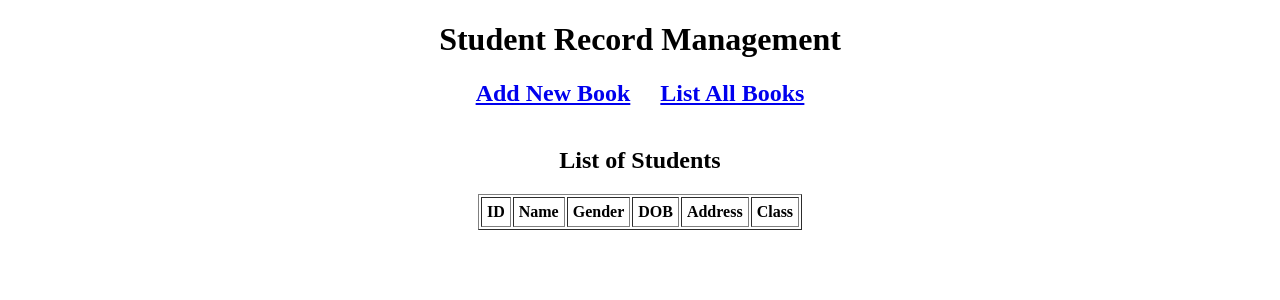
Repository: ashkumar661/Phase-2-Project
Page: http://localhost/crud-example/user-list.jsp
These files come from the project's save history. The page is drawn as it stood at one moment and after the next save; the edit follows.
The browser window is 1280 px wide. The pictures show the whole page.
The page is served by Tomcat 9. Other server files are loaded and not shown. The template is opened directly, without the code that normally fills it, so the values that code supplies are empty.

Above is the page before, as saved 2022-05-14 18:39:42.

### crud-example/src/main/webapp/user-list.jsp
<%@ page language="java" contentType="text/html; charset=ISO-8859-1"
	pageEncoding="ISO-8859-1"%>
<%@ taglib uri="http://java.sun.com/jsp/jstl/core" prefix="c"%>
<!DOCTYPE html PUBLIC "-//W3C//DTD HTML 4.01 Transitional//EN"
    "http://www.w3.org/TR/html4/loose.dtd">
<html>
<head>
<!-- <meta charset="ISO-8859-1"> -->
<title>Learner's Academy</title>
</head>
<body>
	<center>
		<h1>Student Record Management</h1>
		<h2>
			<a href="/new">Add New Book</a> &nbsp;&nbsp;&nbsp; <a href="/list">List
				All Books</a>

		</h2>
	</center>
	<div align="center">
		<table border="1" cellpadding="5">
			<caption>
				<h2>List of Students</h2>
			</caption>
			<tr>
				<th>ID</th>
				<th>Name</th>
				<th>Gender</th>
				<th>DOB</th>
				<th>Address</th>
				<th>Class</th>
			</tr>
			<c:forEach var="student" items="${listStudent}">
				<tr>
					<td><c:out value="${student.id}" /></td>
					<td><c:out value="${student.stuName}" /></td>
					<td><c:out value="${student.stuGender}" /></td>
					<td><c:out value="${student.stuDOB}" /></td>
					<td><c:out value="${student.stuAddress}" /></td>
					<td><c:out value="${student.stuClass}" /></td>
					<td><a href="/edit?id=<c:out value='${student.id}' />">Edit</a>
						&nbsp;&nbsp;&nbsp;&nbsp; <a
						href="/delete?id=<c:out value='${student.id}' />">Delete</a></td>
				</tr>
			</c:forEach>
		</table>
	</div>
</body>
</html>

After the next save:
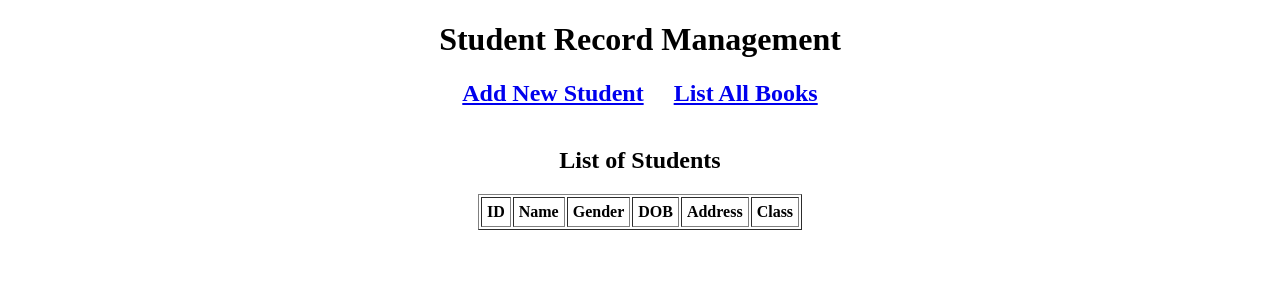
Saved 2 min 6 s later.
--- a/crud-example/src/main/webapp/user-list.jsp
+++ b/crud-example/src/main/webapp/user-list.jsp
@@ -12,7 +12,7 @@
 	<center>
 		<h1>Student Record Management</h1>
 		<h2>
-			<a href="/new">Add New Book</a> &nbsp;&nbsp;&nbsp; <a href="/list">List
+			<a href="/new">Add New Student</a> &nbsp;&nbsp;&nbsp; <a href="/list">List
 				All Books</a>
 
 		</h2>
